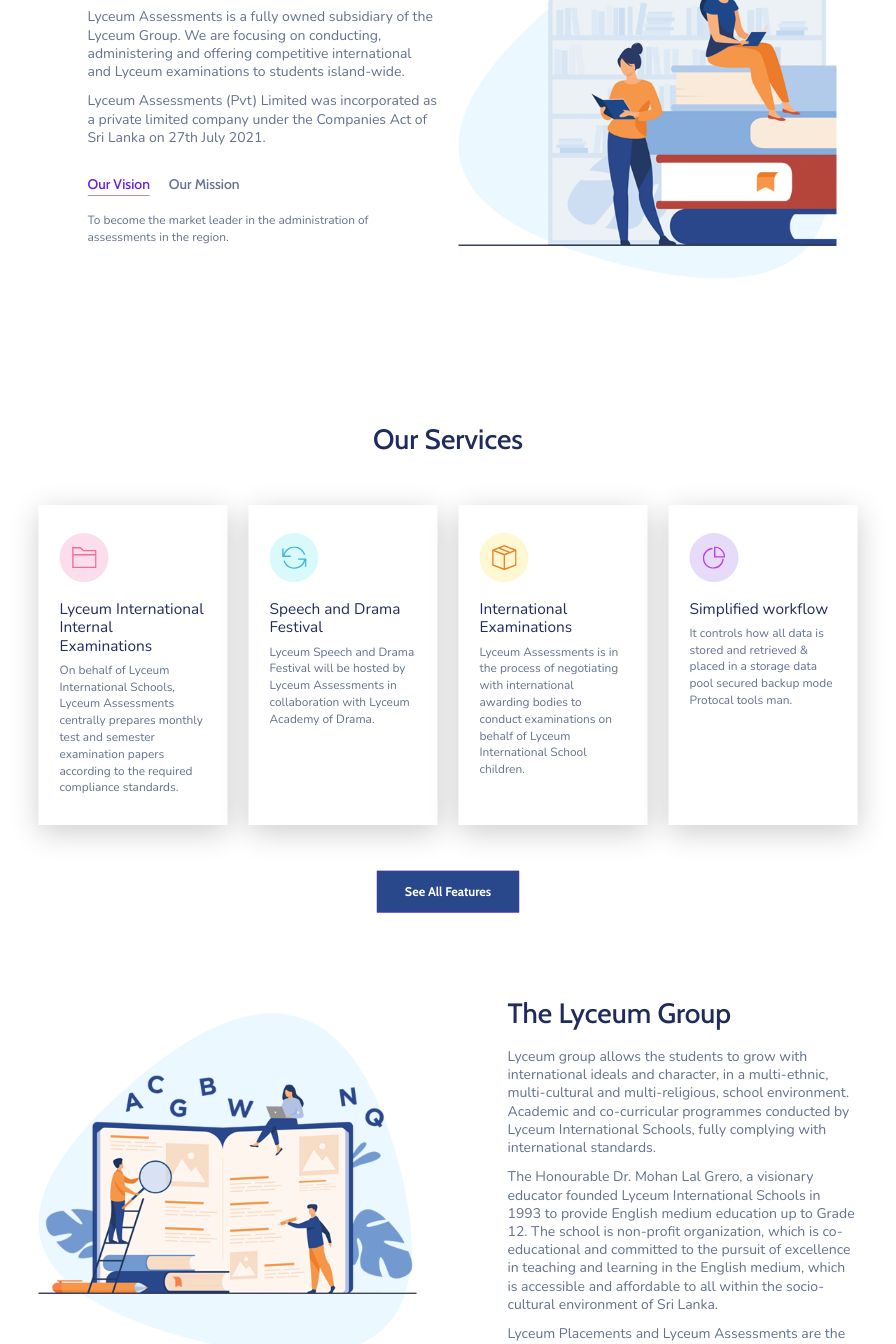
Repository: AXUSLK/LyceumAssessments-HTML
Page: index.html
An editor plug-in stored every save of this project. The page is shown before and after the next save, followed by the edit.
The browser window is 1280 px wide. The pictures show the part of the page from y = 931 to 2851 px (the page is 5911 px tall), at 70% of full size.
Some web libraries are served in a nearby version.

Above is the page before, as saved 2022-02-01 10:24:09.

After the next save:
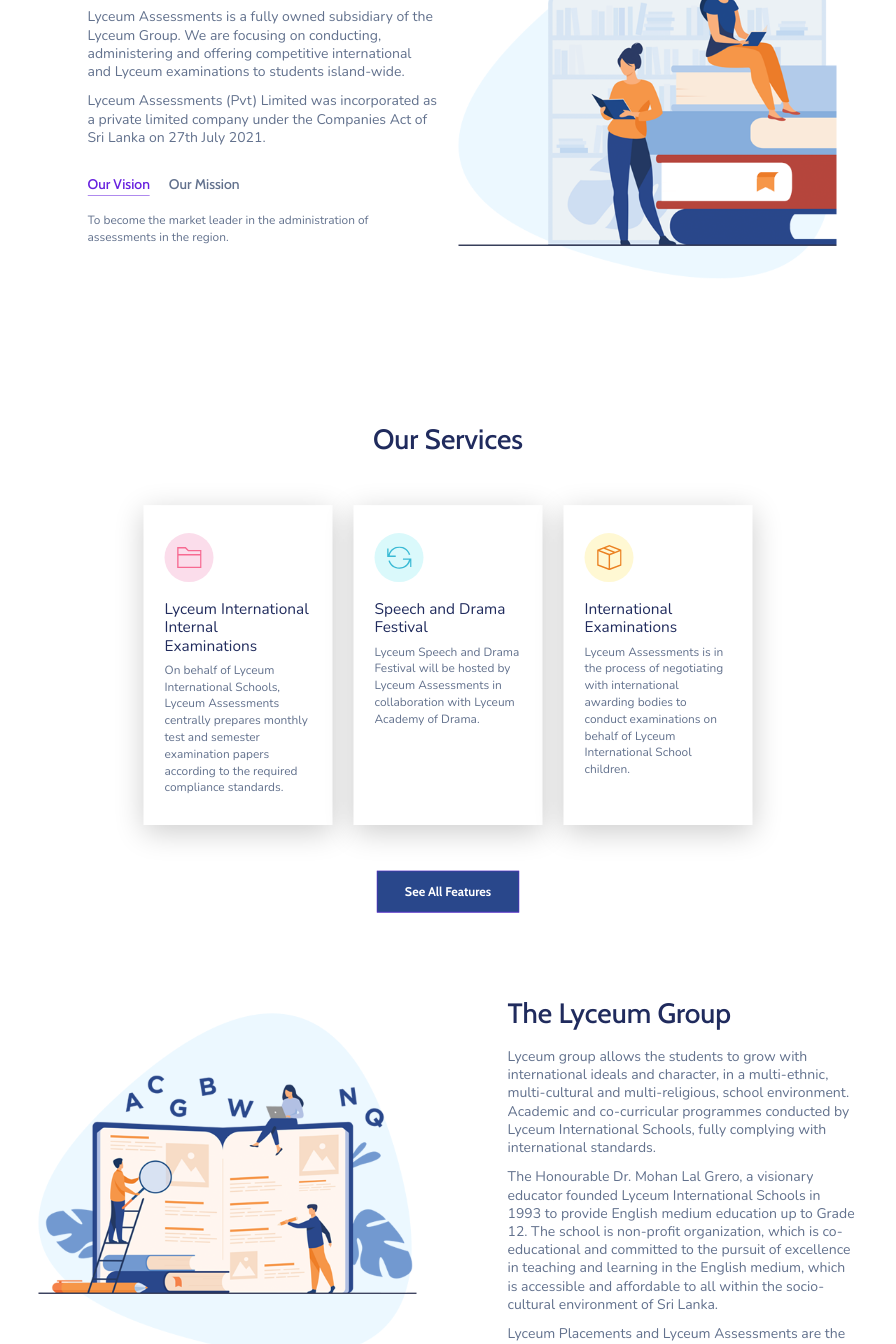
Saved 3 min 29 s later.
--- a/index.html
+++ b/index.html
@@ -287,23 +287,7 @@
 										children.</p>
 								</article>
 							</div>
-							<div class="col-12 col-sm-6 col-lg-3 d-flex wow flipInX" data-wow-delay="0.5s">
-								<!-- featColumn -->
-								<article class="featColumn shadow-lg position-relative w-100 pt-8 pb-5 px-6 mb-6">
-									<span
-										class="icnWrap d-flex align-items-center justify-content-center text-center rounded-circle mb-5"
-										data-theme="purple">
-										<span class="w-100 d-block p-1">
-											<img src="images/ico04.svg" width="32" height="32" alt="icon">
-										</span>
-									</span>
-									<h3 class="h6 fontBase font-weight-normal mb-2">
-										<a href="javascript:void(0);">Simplified workflow</a>
-									</h3>
-									<p>It controls how all data is stored and retrieved & placed in a storage data pool
-										secured backup mode Protocal tools man.</p>
-								</article>
-							</div>
+
 						</div>
 						<!-- btnWrap -->
 						<footer class="text-center btnWrap pt-4 pt-md-7 wow slideInRight">
